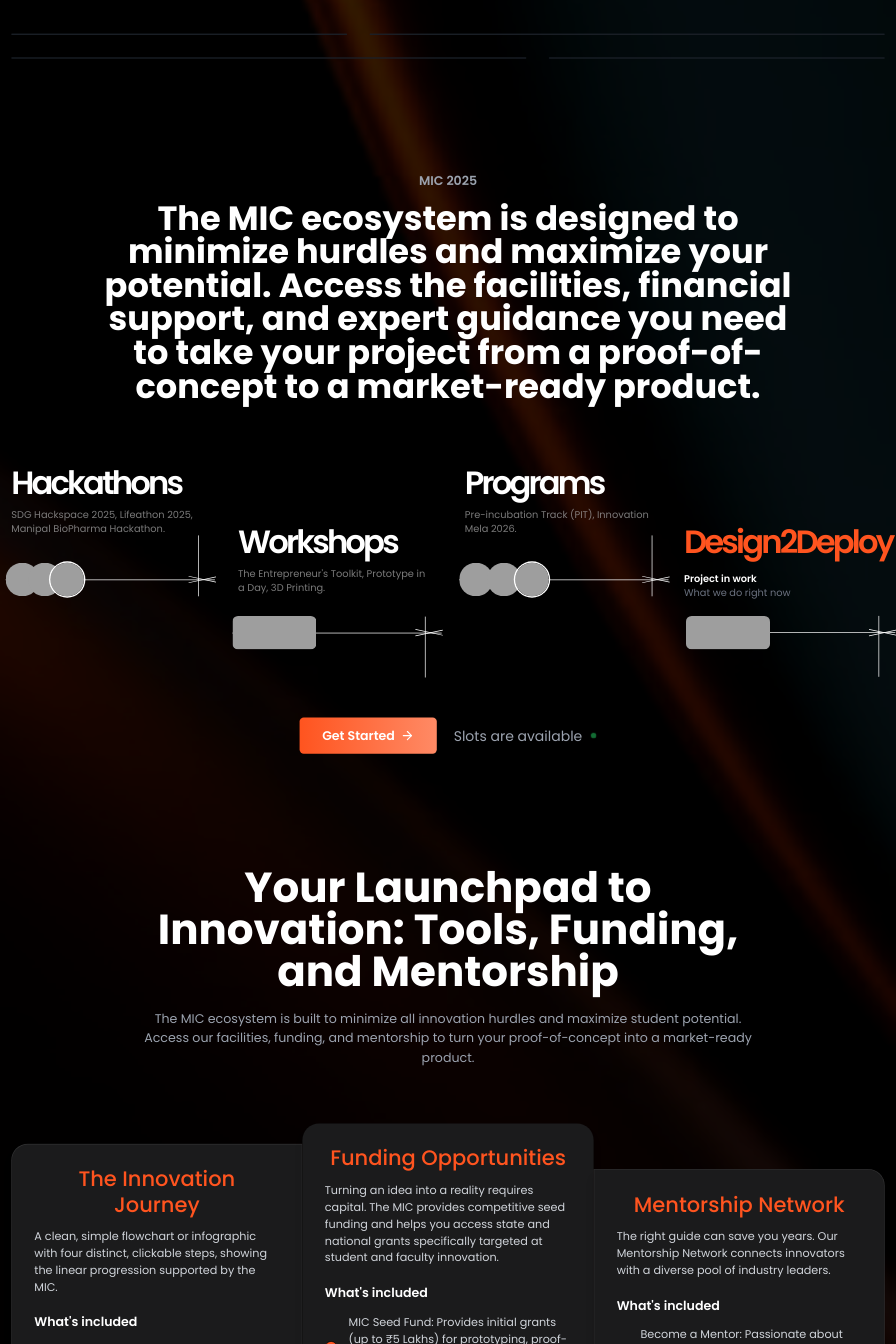
Repository: Sourish-19/Axiom
Page: /
An editor plug-in stored every save of this project. The page is shown before and after the next save, followed by the edit.
The browser window is 1280 px wide. The pictures show the part of the page from y = 1237 to 3157 px (the page is 5295 px tall before and 5351 px after), at 70% of full size.
Pictures or frames that could not be fetched are drawn as grey boxes. Some web libraries are served in a nearby version. The project was rebuilt for these pictures with package versions that can differ from the ones it lists, and the page was loaded fresh each time. Also part of the build but not shown: vite.config.ts, components/Modal.tsx, components/ContactForm.tsx, components/EventRegistrationForm.tsx.

Above is the page before, as saved 2025-10-01 22:15:46.

After the next save:
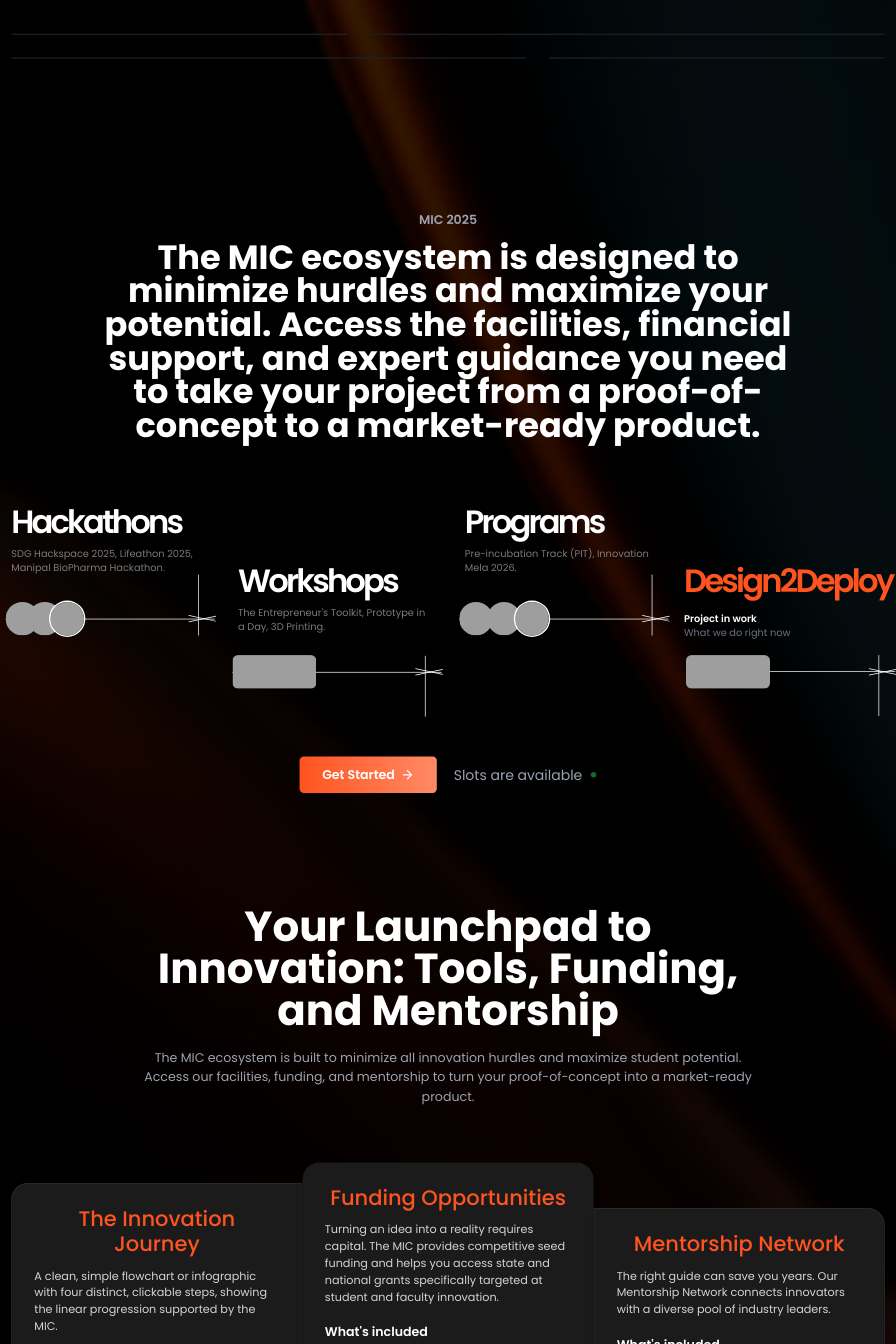
Saved 12 s later.
--- a/components/DevelopedForStudents.tsx
+++ b/components/DevelopedForStudents.tsx
@@ -36,7 +36,7 @@
 
 const DevelopedForStudents = () => {
   return (
-    <section id="about" className="py-20 px-4">
+    <section id="about" className="py-20 px-4 min-h-[500px]">
       <div className="container mx-auto">
         <div className="max-w-3xl mb-12">
           <h2 className="text-5xl md:text-6xl font-bold leading-tight">
